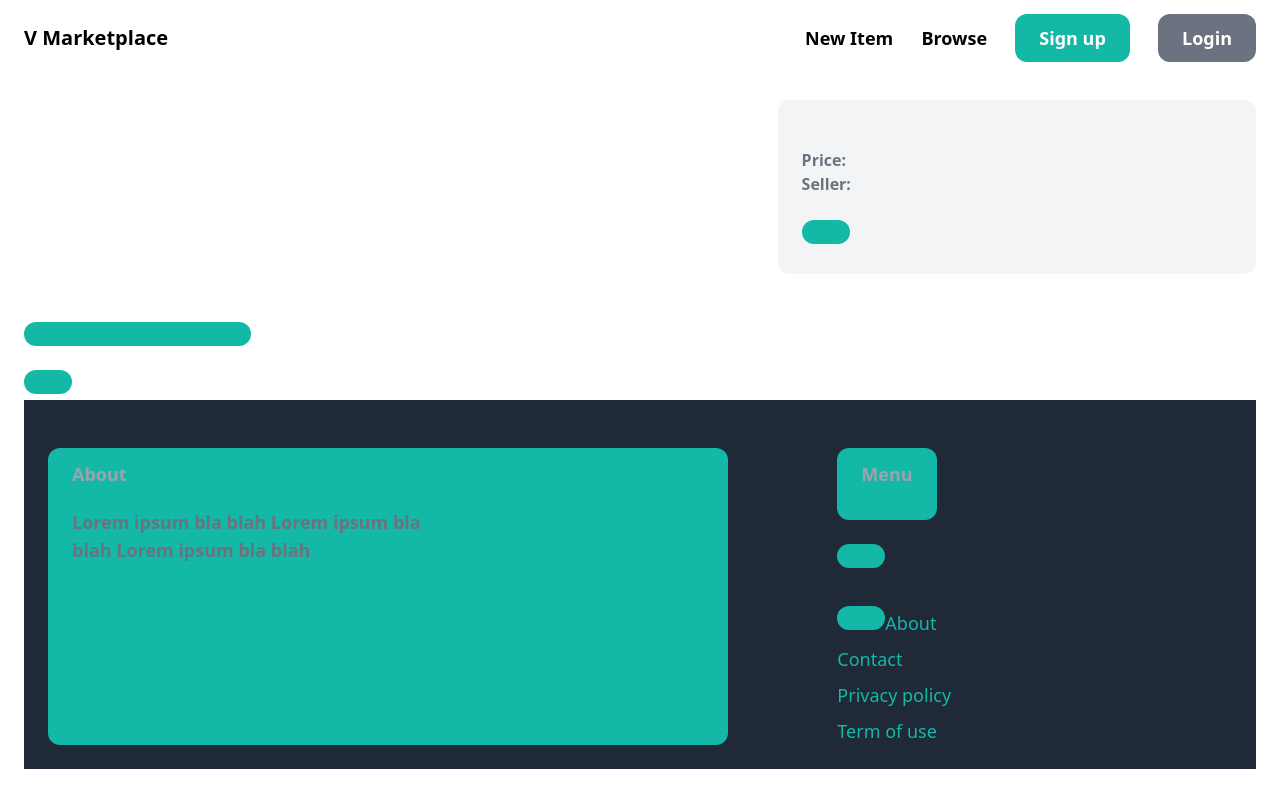
Repository: venu-369/marketplace_django
Page: marketplace/item/templates/item/detail.html
These files come from the project's save history. The page is drawn as it stood at one moment and after the next save; the edit follows.
The browser window is 1280 px wide. The pictures show the whole page.
Some web libraries are served in a nearby version. The template is drawn by Django 4.2. The application's start-up code is not run. The template is opened directly, without the code that normally fills it, so the values that code supplies are empty.

Above is the page before, as saved 2023-02-06 15:40:03.

After the next save:
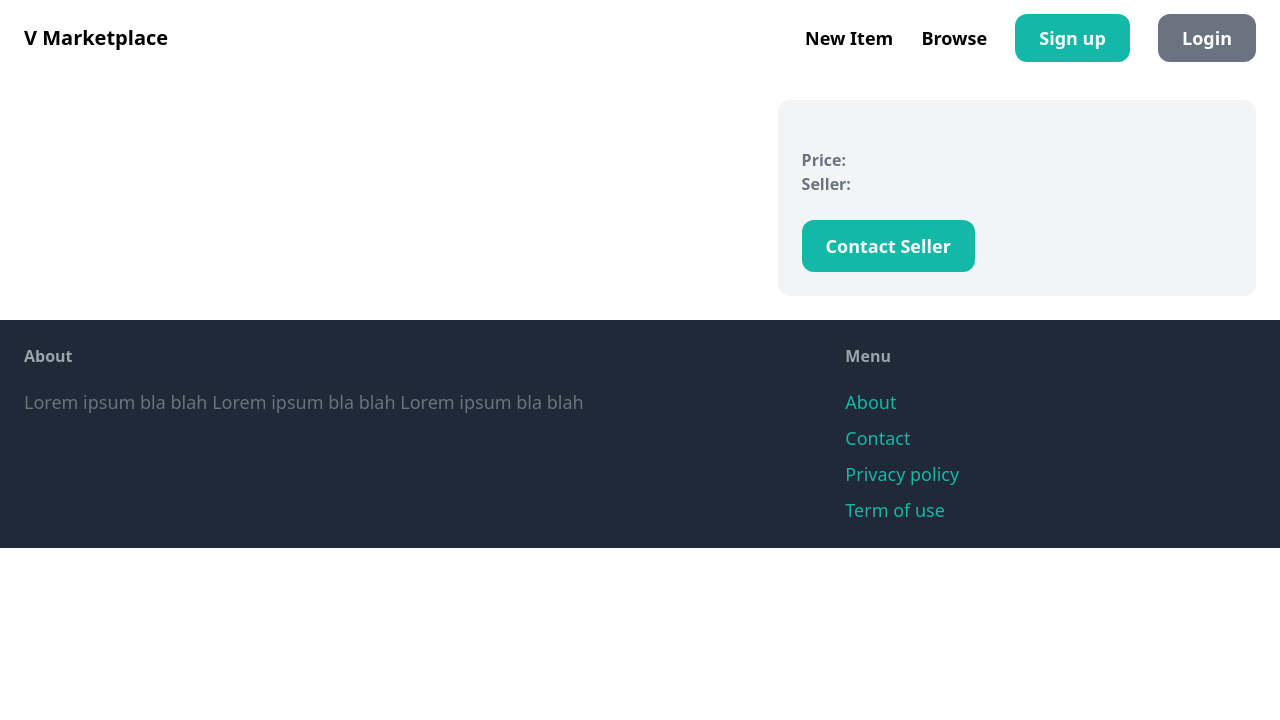
Saved 9 s later.
--- a/marketplace/item/templates/item/detail.html
+++ b/marketplace/item/templates/item/detail.html
@@ -20,7 +20,7 @@
             </p>
         {% endif %}
 
-        <a href="#" class="inline-block mt-6 px-6 py-3 text-lg font-semibold bg-teal-500 text-white rounded-xl hover:bg-teal-700"
+        <a href="#" class="inline-block mt-6 px-6 py-3 text-lg font-semibold bg-teal-500 text-white rounded-xl hover:bg-teal-700">Contact Seller</a>
     </div>
 </div>
 
